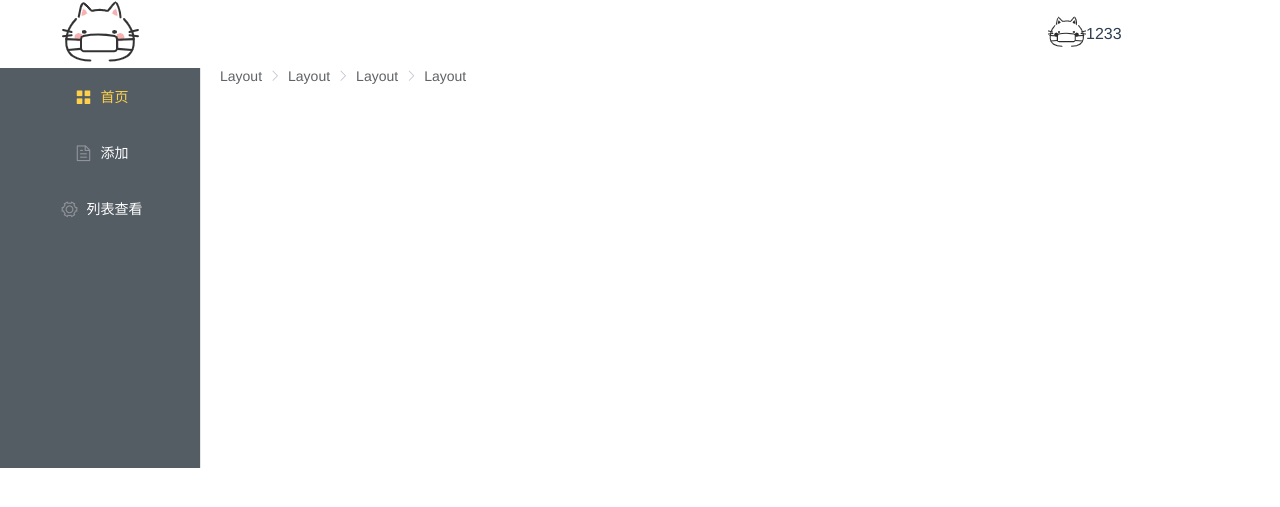
Repository: faintout/backMng
Page: /#/ (app in backmng/)
These files come from the project's save history. The page is drawn as it stood at one moment and after the next save; the edit follows.
The browser window is 1280 px wide. The pictures show the whole page.
The project was rebuilt for these pictures with package versions that can differ from the ones it lists, and the page was loaded fresh each time. Also part of the build but not shown: backmng/vue.config.js, backmng/src/views/addList.vue, backmng/src/views/list.vue, backmng/src/request/request.js, backmng/src/views/login.vue.

Above is the page before, as saved 2020-12-31 14:51:08.

After the next save:
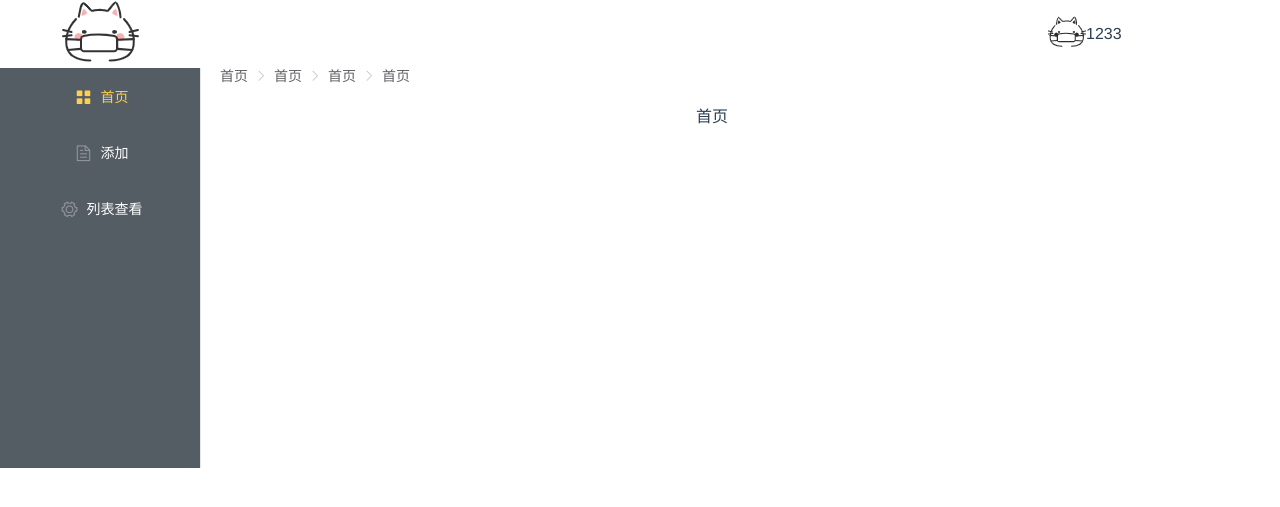
Saved 2 min 31 s later.
--- a/backmng/src/router/index.js
+++ b/backmng/src/router/index.js
@@ -28,6 +28,7 @@
         path: '/layout',
         name: 'Layout',
         component: Layout,
+        redirect:'/_index',
         children: [
             {
                 path: '/_index',
